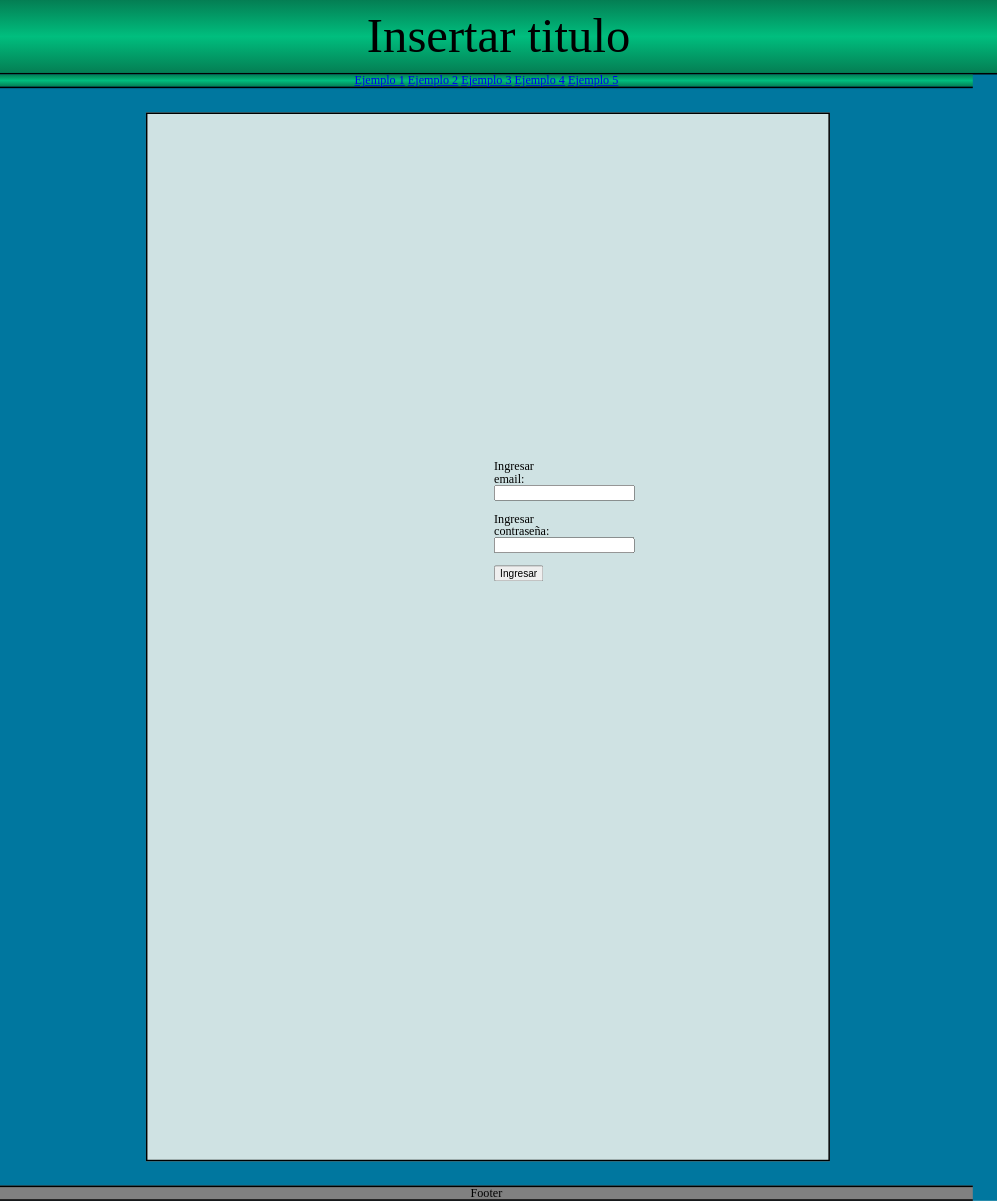
Repository: FacundoKinderknecht/Parcial-2-LPPA
Page: login/login.html
An editor plug-in stored every save of this project. The page is shown before and after a run of saves, followed by the edit.
The browser window is 1280 px wide. The page is 1312 px wide, so the pictures cover 1312 px, including what lies to the right of the window. The pictures show the whole page, at 76% of full size.

Above is the page before, as saved 2022-07-06 10:27:21.

After the next 2 saves:
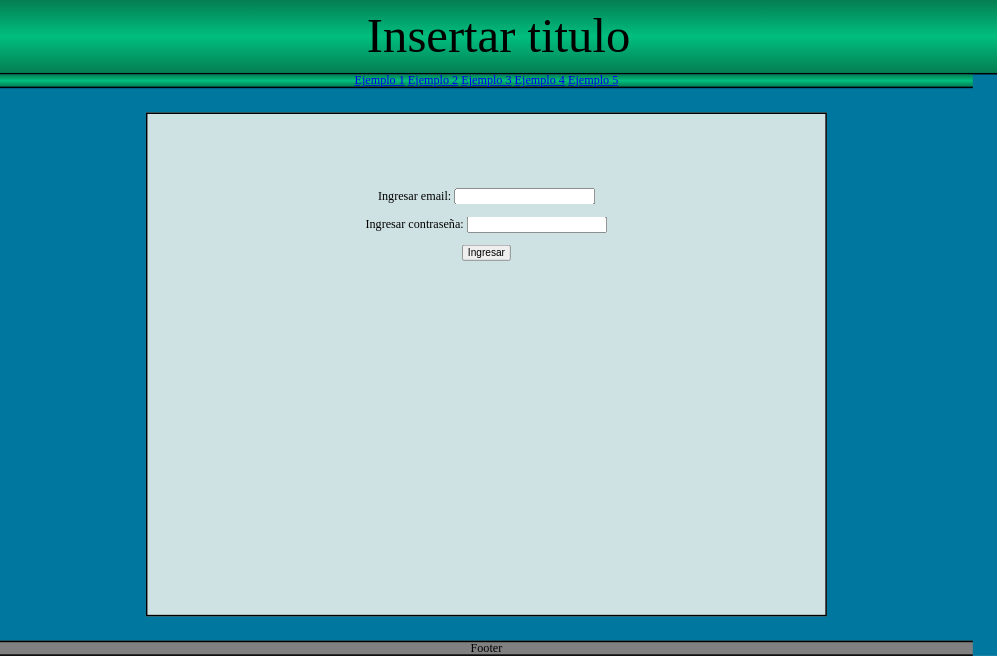
The 2 saves are shown as one change because they came seconds apart.
The last was saved 7 s later.
--- a/login/login.css
+++ b/login/login.css
@@ -30,7 +30,7 @@ main{
 }
 form{
     background-color: rgb(207, 226, 227);  border: black solid 2px;
-    padding: 50%;
+    padding: 10%;
     height: 30rem;
 }
 div{
